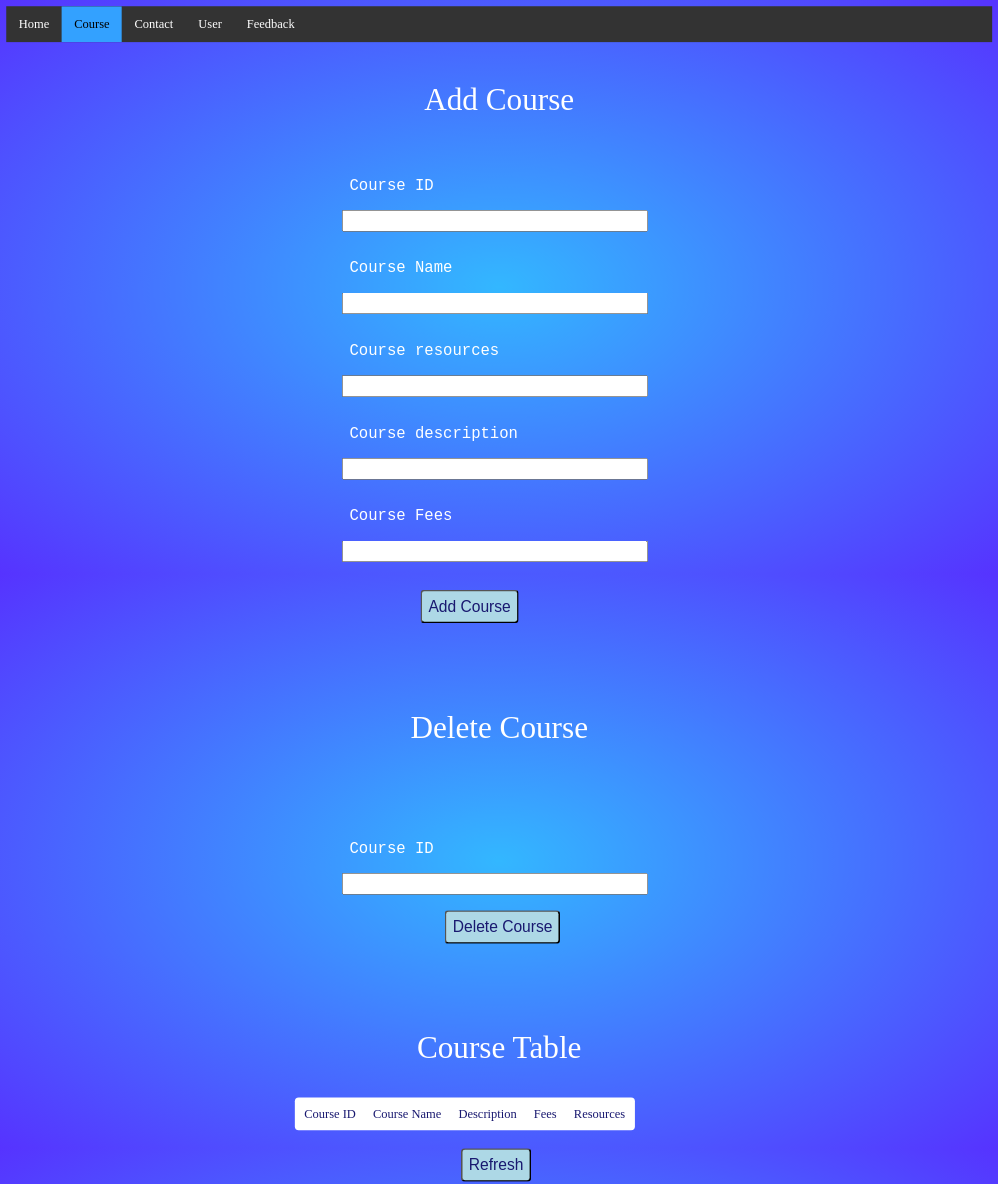
Repository: ShreyasG27/Amdocs-Training
Page: http://localhost/e-learning-frontend/course.jsp
These files come from the project's save history. The page is drawn as it stood at one moment and after the next save; the edit follows.
The browser window is 1280 px wide. The pictures show the whole page, at 78% of full size.
The page is served by Tomcat 9. Other server files are loaded and not shown. Queries for data that is not in the repository find no rows.

Above is the page before, as saved 2021-08-23 04:57:23.

### e-learning-frontend/src/main/webapp/course.jsp
<%@ page language="java" contentType="text/html; charset=ISO-8859-1"
    pageEncoding="ISO-8859-1"%>
           <%@ page import="java.sql.*" %>
<%@ page import="java.io.*" %>
<!DOCTYPE html PUBLIC "-//W3C//DTD HTML 4.01 Transitional//EN" "http://www.w3.org/TR/html4/loose.dtd">
<html>
<head>
<meta http-equiv="Content-Type" content="text/html; charset=ISO-8859-1">
<title>Course Page</title>
<style>
body{
	background-image: radial-gradient(#33B7FF,#5633ff);
	color: white;
	height: 100vh;
}
.heading{
font-size:40px;
margin-top: 50px;
}
.submitbutton{
	margin-left:580px;
	padding:8px;
	font-size:20px;
	color: midnightblue;
	background-color:lightblue;
	border-radius:5px;
	margin-top: 20px;
}
.submitbutton:hover{
	margin-left:580px;
	padding:8px;
	font-size:20px;
	color: midnightblue;
	background-color:cyan;
	border-radius:5px;
	margin-top: 20px;
}
.deletebutton{
	margin-left:500px;
	padding:8px;
	font-size:20px;
	color: midnightblue;
	background-color:lightblue;
	border-radius:5px;
	margin-top: 20px;
}
.deletebutton:hover{
	margin-left:500px;
	padding:8px;
	font-size:20px;
	color: midnightblue;
	background-color:cyan;
	border-radius:5px;
	margin-top: 20px;
}
.inputfld{
	margin-left: 430px;
	padding: 5px;
	broder-radius:10px;
	font-size:12px;
	width:30%;
}
.inputfld1{
	margin-left: 420px;
	padding: 5px;
	broder-radius:10px;
	font-size:12px;
	width:30%;
}
.inputfld2{
	margin-left: 438px;
	padding: 5px;
	broder-radius:10px;
	font-size:12px;
	width:30%;
}
.txtfld{
	font-size:20px;
	margin-left:440px;
}
ul {
  list-style-type: none;
  margin: 0;
  padding: 0;
  overflow: hidden;
  background-color: #333;
  width:100%;
}

li {
  float: left;
}

li a {
  display: block;
  color: white;
  text-align: center;
  padding: 14px 16px;
  text-decoration: none;
}

li a:hover:not(.active) {
  background-color: #111;
}

.active {
  background-color: #33A1FF;
  color: black;
}
.tableedit{
	margin-left:370px;
	border-radius:5px;
	background-color:white;
}
</style>
</head>
<body>
<ul>
  <li><a href="afterloginadm.jsp">Home</a></li>
  <li><a class="active" href="course.jsp">Course</a></li>
  <li><a href="contactdisplay.jsp">Contact</a></li>
  <li><a href="userdisplay.jsp">User</a></li>
  <li><a href="feedbackdisplay.jsp">Feedback</a></li>
</ul>
<center><p class="heading">Add Course</p></center>
<form action="course" method="POST">
    <pre>
    <p class="txtfld">Course ID</p><input class="inputfld" type="number" name="courseid">
    <p class="txtfld">Course Name</p><input class="inputfld" type="text" name="coursename">
    <p class="txtfld">Course resources</p><input class="inputfld" type="text" name="courseres">
    <p class="txtfld">Course description</p><input class="inputfld" type="text" name="coursedesc">
    <p class="txtfld">Course Fees</p><input class="inputfld" type="number" name="course_fees"><br>
    <input class="deletebutton" type="submit" value="Add Course"><br>


    </pre>
</form>

<center><p class="heading">Delete Course</p></center>
<form action="coursedel" method="POST">
    <pre>



     <p class="txtfld">Course ID</p><input class="inputfld" type="number" name="courseid">
     	<input class="deletebutton" type="submit" value="Delete Course"><br>


    </pre>
</form>
<center><p class="heading">Course Table</p></center>
<%
try {
/* Create string of connection url within specified format with machine
name, port number and database name. Here machine name id localhost and
database name is student. */
String connectionURL = "jdbc:mysql://localhost:3306/elearningschema";
// declare a connection by using Connection interface
Connection connection = null;
/* declare object of Statement interface that is used for executing sql
statements. */
Statement statement = null;
// declare a resultset that uses as a table for output data from tha table.
ResultSet rs = null;
// Load JBBC driver "com.mysql.jdbc.Driver"
Class.forName("com.mysql.cj.jdbc.Driver").newInstance();
/* Create a connection by using getConnection() method that takes parameters
of string type connection url, user name and password to connect to database.*/
connection = DriverManager.getConnection(connectionURL, "root", "root");
/* createStatement() is used for create statement object that is used for
sending sql statements to the specified database. */
statement = connection.createStatement();
// sql query to retrieve values from the secified table.
String QueryString = "SELECT * from course";
rs = statement.executeQuery(QueryString);
%>
<TABLE class="tableedit" cellpadding="10" border="0.5" style=" color:midnightblue;">
<TR>
<TD>Course ID</TD>
<TD>Course Name</TD>
<TD>Description</TD>
<TD>Fees</TD>
<TD>Resources</TD>
</TR>
<%
while (rs.next()) {
%>
<TR>
<TD><%=rs.getInt(1)%></TD>
<TD><%=rs.getString(2)%></TD>
<TD><%=rs.getString(3)%></TD>
<TD><%=rs.getInt(4)%></TD>
<TD><%=rs.getString(5)%></TD>

</TR>
<% } %>
<%
// close all the connections.
rs.close();
statement.close();
connection.close();
} catch (Exception ex) {
%>
</font>
<font size="+3" color="red"></b>
<%
out.println("Unable to connect to database.");
}
%>
</TABLE><TABLE>
<TR>
<TD><FORM ACTION="course.jsp" method="get" >
<button class="submitbutton" type="refresh">Refresh</button></TD>
</TR>
</TABLE>
</font>

</body>
</html>

After the next save:
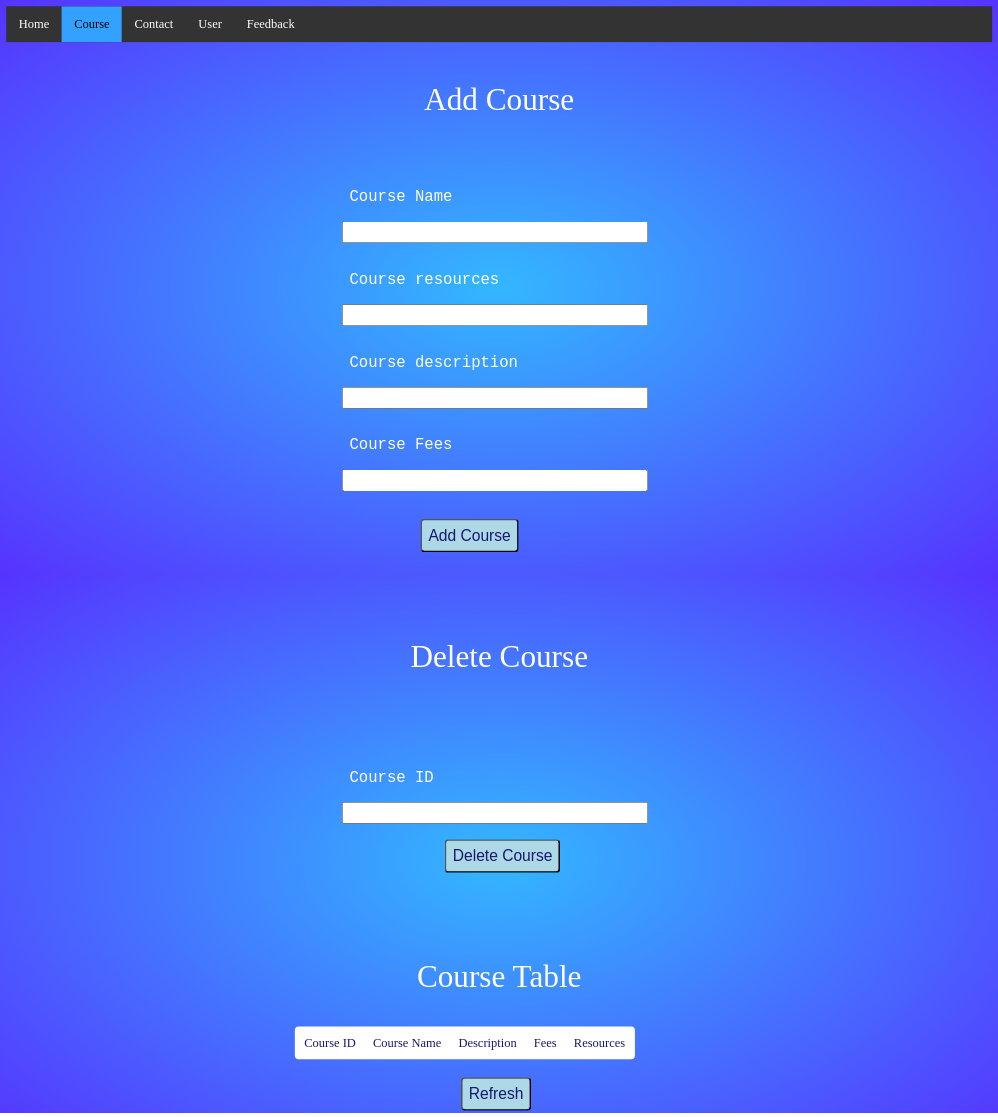
Saved 19 s later.
--- a/e-learning-frontend/src/main/webapp/course.jsp
+++ b/e-learning-frontend/src/main/webapp/course.jsp
@@ -125,7 +125,7 @@ li a:hover:not(.active) {
 <center><p class="heading">Add Course</p></center>
 <form action="course" method="POST">
     <pre>
-    <p class="txtfld">Course ID</p><input class="inputfld" type="number" name="courseid">
+
     <p class="txtfld">Course Name</p><input class="inputfld" type="text" name="coursename">
     <p class="txtfld">Course resources</p><input class="inputfld" type="text" name="courseres">
     <p class="txtfld">Course description</p><input class="inputfld" type="text" name="coursedesc">
